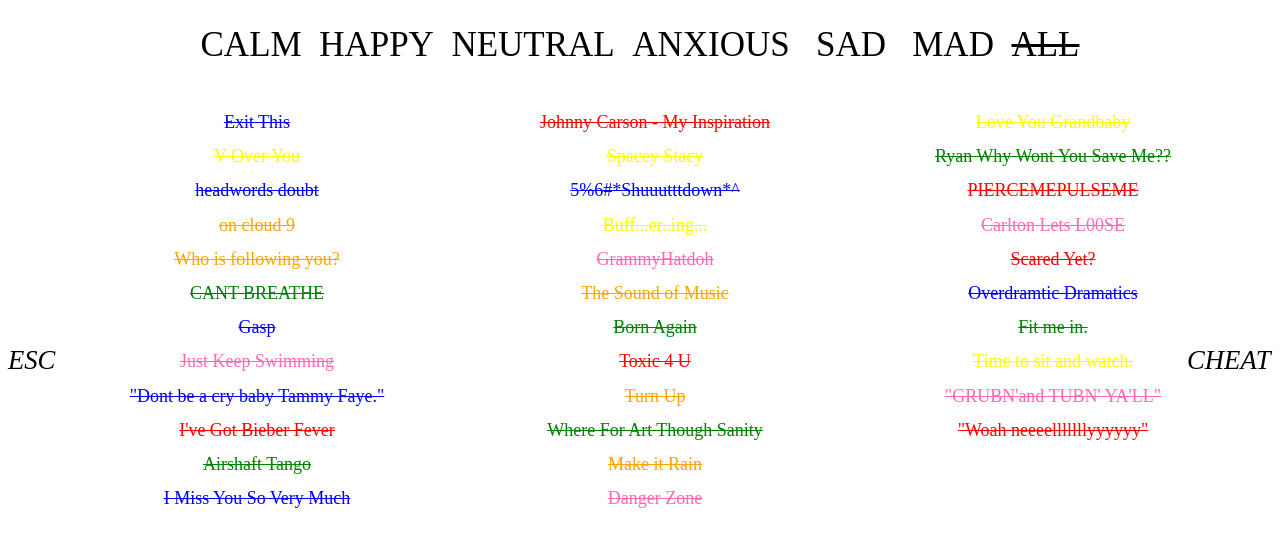
Repository: bradk647/bradk647.github.io
Page: cheat/allcheat.html
The author's editor kept a record of every edit. The page is drawn from the files as they stood at one moment, then again after the next edit.
The browser window is 1280 px wide. The pictures show the whole page.

Above is the page before.

### cheat/allcheat.html
<html>
    <head>
        <title>
           U R CHEATR?
        </title>
        <link rel="stylesheet" type="text/css" href="allcheat.css">

        <link rel="icon" href="../BUGS018.png" sizes="16x16 32x32" type="image/png">

    </head>

    <body>
        <div class="wrappertext">
            <a href="calmcheat.html"><div id="orange1" style="display: inline-block;">CALM</div></a>&nbsp;
            <a href="happycheat.html"><div id="pink1" style="display: inline-block;">HAPPY</div></a>&nbsp;
            <a href="neutralcheat.html"><div id="yellow1" style="display: inline-block;">NEUTRAL</div></a>&nbsp;
            <a href="anxiouscheat.html"><div id="green1" style="display: inline-block;">ANXIOUS</div></a> &nbsp;
            <a href="sadcheat.html"><div id="blue1" style="display: inline-block;">SAD</div></a> &nbsp;
            <a href="madcheat.html"><div id="red1" style="display: inline-block;">MAD</div></a>&nbsp;
            <a href="allcheat.html"><div id="all" style="display: inline-block;">ALL</div></a>
         </div>

         <div class="leftwrapper">
                <div class="esc">
                    <a href="../indexbunny.html">ESC</a> <br />
                </div>
            </div>

         <div class="rightwrapper">
                <div class="cheat">
                    <a href="cheat/cheatpage.html">CHEAT</a> <br />
                </div>
            </div>

        <ul>

            <a href="../bunny/exit.html" div id="blue"><li>Exit This</li></a>
            <a href="../bunny/VOverYou.html" div id="yellow"><li>V Over You</li></a>
            <a href="../bunny/headwords.html" div id="blue"><li>headwords doubt</li></a>
            <a href="../bunny/clouds.html" div id="orange"><li>on cloud 9</li></a>
            <a href="../bunny/WhoIsFollowingYou.html" div id="orange"><li>Who is following you?</li></a>
            <a href="../bunny/constriction.html" div id="green"><li>CANT BREATHE</li></a>
            <a href="../bunny/poem1.html" div id="blue"><li>Gasp</li></a>
            <a href="../bunny/DORI.html" div id="pink"><li>Just Keep Swimming</li></a>
            <a href="../bunny/tammy.html" div id="blue"><li>"Dont be a cry baby Tammy Faye."</li></a>
            <a href="../bunny/bieber.html" div id="red"><li>I've Got Bieber Fever</li></a>
            <a href="../bunny/AirshaftTango.html" div id="green"><li>Airshaft Tango</li></a>
            <a href="../bunny/IMissYouSoVeryMuch.html" div id="blue"><li>I Miss You So Very Much</li></a>
            <a href="../bunny/SHOUT.html" div id="red"><li>Johnny Carson - My Inspiration </li></a>
            <a href="../bunny/SpaceyStacy.html" div id="yellow"><li>Spacey Stacy</li></a>
            <a href="../bunny/Shutdown.html" div id="blue"><li>5%6#*Shuuutttdown*^</li></a>
            <a href="../bunny/textmess.html" div id="yellow"><li>Buff...er..ing...</li></a>
            <a href="../bunny/GrammyHatdoh.html" div id="pink"><li>GrammyHatdoh</li></a>
            <a href="../bunny/NotWriting.html" div id="green"><li></li></a>
             <a href="../bunny/moutaintop.html" div id="orange"><li>The Sound of Music</li></a>
            <a href="../bunny/BornAgain.html" div id="green"><li>Born Again</li></a>
            <a href="../bunny/brit.html" div id="red"><li>Toxic 4 U</li></a>
             <a href="../bunny/padding.html" div id="orange"><li>Turn Up</li></a>
            <a href="../bunny/shakespere.html" div id="green"><li>Where For Art Though Sanity </li></a>
             <a href="../bunny/MakeItRain.html" div id="orange"><li>Make it Rain</li></a>
            <a href="../bunny/dangerzone.html" div id="pink"><li>Danger Zone </li></a>
            <a href="../bunny/oldpeople.html" div id="yellow"><li>Love You Grandbaby</li></a>
            <a href="../bunny/buried.html" div id="green"><li>Ryan Why Wont You Save Me??</li></a>
            <a href="../bunny/PUSLEME.html" div id="red"><li>PIERCEMEPULSEME</li></a>
            <a href="../bunny/disco.html" div id="pink"><li>Carlton Lets L00SE</li></a>
            <a href="../bunny/knife.html" div id="red"><li>Scared Yet?</li></a>
            <a href="../bunny/overdrama.html" div id="blue"><li>Overdramtic Dramatics</li></a>
            <a href="../bunny/mold.html" div id="green"><li>Fit me in.</li></a>
            <a href="../bunny/window.html" div id="yellow"><li>Time to sit and watch.</li></a>
            <a href="../bunny/snackz.html" div id="pink"><li>"GRUBN'and TUBN' YA'LL"</li></a>
            <a href="../bunny/indexvid1.html" div id="red"><li>"Woah neeeelllllllyyyyyy"</li></a>



        </ul>

    </body>
</html>

### cheat/allcheat.css
body{
            background-color:white;
        }

        .wrappertext {
            text-align:center;
            font-family: "Times New Roman",serif;
            font-size:35px;
            margin-top:25px;

        }

       .leftwrapper {
            width:50%;
            float: left;

        }

        .rightwrapper{
            width:50%;
            float: right;
        }

        .esc {
        	position: fixed;
        	top: 50%;
        	font-size: 20pt;
        	font-style:italic;
        	-webkit-transform: translateY (-50%);
        	   -moz-transform: translateY(-50%);
        			transform: translateY(-50%);
        }

        .cheat {
            color:black;
            font-family:"Times New Roman",serif;
            font-size:20pt;
            font-style:italic;
            position: fixed;
            top: 50%;
            /*left:990px;*/
            left: 96%;
            /*margin-right: -100%;*/
            transform: translate(-50%, -50%)
            }

        a:link {
                text-decoration: none;
                color:black;
            }

            a:visited {
                text-decoration: none;
                color:black;
            }

            a:hover {
                text-decoration: line-through;
            }

            a:active {
                text-decoration: underline;
            }

            #red1:hover {
                color: red;
                text-decoration: line-through;
            }
            #green1:hover {
                color: green;
                text-decoration: line-through;
            }
           #blue1:hover {
                color: blue;
                text-decoration: line-through;
            }
            #yellow1:hover {
                color: yellow;
                text-decoration: line-through;
            }
            #orange1:hover {
                color: orange;
                text-decoration: line-through;
            }
            #pink1:hover {
                color: #FF69B4;
                text-decoration: line-through;
            }

            #red {
                color: red;
                text-decoration: line-through;
            }
            #green{
                color: green;
                text-decoration: line-through;
            }
           #blue {
                color: blue;
                text-decoration: line-through;
            }
            #yellow {
                color: yellow;
                text-decoration: line-through;
            }
            #orange {
                color: orange;
                text-decoration: line-through;
            }
            #pink {
                color: #FF69B4;
                text-decoration: line-through;
            }

            #all {
                color:black;
                text-decoration: line-through;
            }

           /* #red1:hover {*/
           /*     color: red;*/
           /*     text-decoration: line-through;*/
           /* }*/
           /* #green1:hover {*/
           /*     color: green;*/
           /*     text-decoration: line-through;*/
           /* }*/
           /*#blue1:hover {*/
           /*     color: blue;*/
           /*     text-decoration: line-through;*/
           /* }*/
           /* #yellow1:hover {*/
           /*     color: yellow;*/
           /*     text-decoration: line-through;*/
           /* }*/
           /* #orange1:hover {*/
           /*     color: orange;*/
           /*     text-decoration: line-through;*/
           /* }*/
           /* #pink1:hover {*/
           /*     color: #FF69B4;*/
           /*     text-decoration: line-through;*/
           /* }*/

            ul {
                font-family:"Times New Roman",serif;
                font-size:18px;
                line-height:1.9em;
                list-style-type: none;
            	counter-reset: section;

            	-moz-column-count: 3;
                -moz-column-gap: 20px;
                -webkit-column-count: 3;
                -webkit-column-gap: 10px;
                column-count: 3;
                column-gap: 10px;

                text-align: center;
                vertical-align: middle;
                margin-right:40px;
                margin-top:40px;
            }

            ul li
            {
            	padding-left: 30px;
            	position: relative;
            }

            ul li:before
            {

            	margin: 0 0 0 -34px;
            	text-align: center;
            	width: 2em;
            	display: inline-block;
            	position: absolute;
            	height: 100%;

            }

After the next edit:
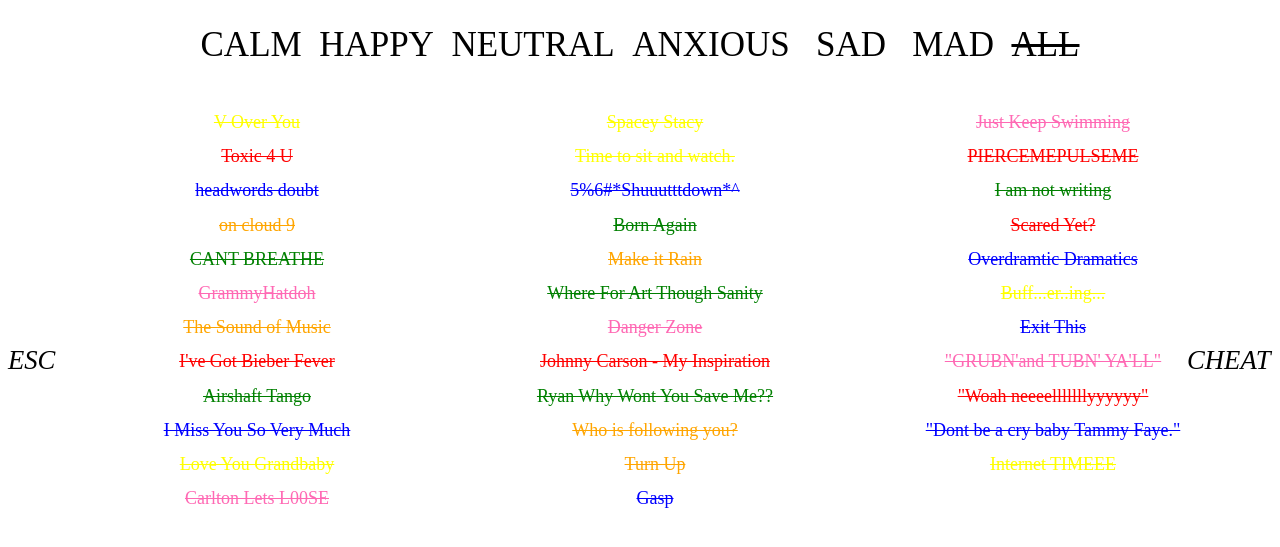
The edit:
--- a/cheat/allcheat.html
+++ b/cheat/allcheat.html
@@ -34,44 +34,41 @@
 
         <ul>
 
-            <a href="../bunny/exit.html" div id="blue"><li>Exit This</li></a>
             <a href="../bunny/VOverYou.html" div id="yellow"><li>V Over You</li></a>
+            <a href="../bunny/brit.html" div id="red"><li>Toxic 4 U</li></a>
             <a href="../bunny/headwords.html" div id="blue"><li>headwords doubt</li></a>
             <a href="../bunny/clouds.html" div id="orange"><li>on cloud 9</li></a>
-            <a href="../bunny/WhoIsFollowingYou.html" div id="orange"><li>Who is following you?</li></a>
             <a href="../bunny/constriction.html" div id="green"><li>CANT BREATHE</li></a>
-            <a href="../bunny/poem1.html" div id="blue"><li>Gasp</li></a>
-            <a href="../bunny/DORI.html" div id="pink"><li>Just Keep Swimming</li></a>
-            <a href="../bunny/tammy.html" div id="blue"><li>"Dont be a cry baby Tammy Faye."</li></a>
+            <a href="../bunny/GrammyHatdoh.html" div id="pink"><li>GrammyHatdoh</li></a>
+            <a href="../bunny/moutaintop.html" div id="orange"><li>The Sound of Music</li></a>
             <a href="../bunny/bieber.html" div id="red"><li>I've Got Bieber Fever</li></a>
             <a href="../bunny/AirshaftTango.html" div id="green"><li>Airshaft Tango</li></a>
             <a href="../bunny/IMissYouSoVeryMuch.html" div id="blue"><li>I Miss You So Very Much</li></a>
+            <a href="../bunny/oldpeople.html" div id="yellow"><li>Love You Grandbaby</li></a>
+            <a href="../bunny/disco.html" div id="pink"><li>Carlton Lets L00SE</li></a>
+            <a href="../bunny/SpaceyStacy.html" div id="yellow"><li>Spacey Stacy</li></a>
+            <a href="../bunny/window.html" div id="yellow"><li>Time to sit and watch.</li></a>
+            <a href="../bunny/Shutdown.html" div id="blue"><li>5%6#*Shuuutttdown*^</li></a>
+            <a href="../bunny/BornAgain.html" div id="green"><li>Born Again</li></a>
+            <a href="../bunny/MakeItRain.html" div id="orange"><li>Make it Rain</li></a>
+            <a href="../bunny/shakespere.html" div id="green"><li>Where For Art Though Sanity </li></a>
+            <a href="../bunny/dangerzone.html" div id="pink"><li>Danger Zone </li></a>
             <a href="../bunny/SHOUT.html" div id="red"><li>Johnny Carson - My Inspiration </li></a>
-            <a href="../bunny/SpaceyStacy.html" div id="yellow"><li>Spacey Stacy</li></a>
-            <a href="../bunny/Shutdown.html" div id="blue"><li>5%6#*Shuuutttdown*^</li></a>
-            <a href="../bunny/textmess.html" div id="yellow"><li>Buff...er..ing...</li></a>
-            <a href="../bunny/GrammyHatdoh.html" div id="pink"><li>GrammyHatdoh</li></a>
-            <a href="../bunny/NotWriting.html" div id="green"><li></li></a>
-             <a href="../bunny/moutaintop.html" div id="orange"><li>The Sound of Music</li></a>
-            <a href="../bunny/BornAgain.html" div id="green"><li>Born Again</li></a>
-            <a href="../bunny/brit.html" div id="red"><li>Toxic 4 U</li></a>
-             <a href="../bunny/padding.html" div id="orange"><li>Turn Up</li></a>
-            <a href="../bunny/shakespere.html" div id="green"><li>Where For Art Though Sanity </li></a>
-             <a href="../bunny/MakeItRain.html" div id="orange"><li>Make it Rain</li></a>
-            <a href="../bunny/dangerzone.html" div id="pink"><li>Danger Zone </li></a>
-            <a href="../bunny/oldpeople.html" div id="yellow"><li>Love You Grandbaby</li></a>
             <a href="../bunny/buried.html" div id="green"><li>Ryan Why Wont You Save Me??</li></a>
+            <a href="../bunny/WhoIsFollowingYou.html" div id="orange"><li>Who is following you?</li></a>
+            <a href="../bunny/padded.html" div id="orange"><li>Turn Up</li></a>
+            <a href="../bunny/poem1.html" div id="blue"><li>Gasp</li></a>
+            <a href="../bunny/DORI.html" div id="pink"><li>Just Keep Swimming</li></a>
             <a href="../bunny/PUSLEME.html" div id="red"><li>PIERCEMEPULSEME</li></a>
-            <a href="../bunny/disco.html" div id="pink"><li>Carlton Lets L00SE</li></a>
+            <a href="../bunny/NotWriting.html" div id="green"><li>I am not writing</li></a>
             <a href="../bunny/knife.html" div id="red"><li>Scared Yet?</li></a>
             <a href="../bunny/overdrama.html" div id="blue"><li>Overdramtic Dramatics</li></a>
-            <a href="../bunny/mold.html" div id="green"><li>Fit me in.</li></a>
-            <a href="../bunny/window.html" div id="yellow"><li>Time to sit and watch.</li></a>
+            <a href="../bunny/textmess.html" div id="yellow"><li>Buff...er..ing...</li></a>
+            <a href="../bunny/exit.html" div id="blue"><li>Exit This</li></a>
             <a href="../bunny/snackz.html" div id="pink"><li>"GRUBN'and TUBN' YA'LL"</li></a>
             <a href="../bunny/indexvid1.html" div id="red"><li>"Woah neeeelllllllyyyyyy"</li></a>
-
-
-
+            <a href="../bunny/tammy.html" div id="blue"><li>"Dont be a cry baby Tammy Faye."</li></a>
+            <a href="../bunny/alice.html" div id="yellow"><li>Internet TIMEEE</li></a>
         </ul>
 
     </body>
